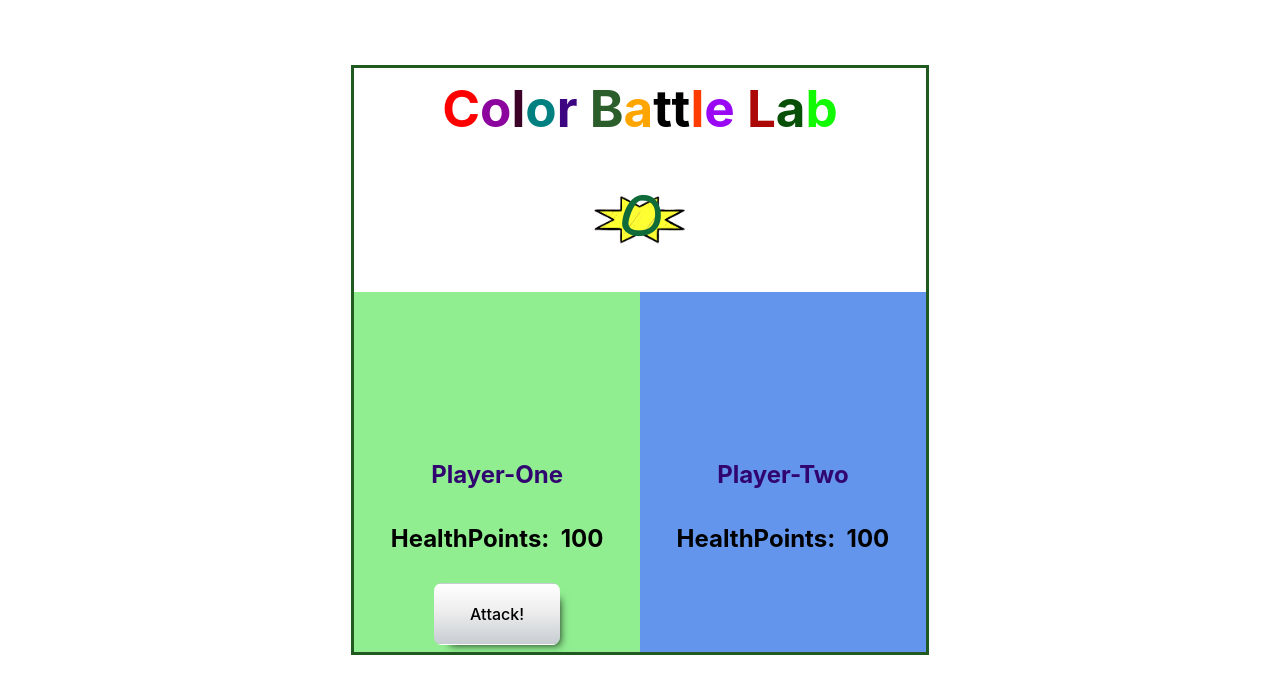
Repository: RAWdevX21/color-battle_lab-build
Page: /
The author's editor kept a copy of each file at every save. The page is drawn from the files as they stood at one save, then again after the next save.
The browser window is 1280 px wide. The pictures show the whole page.
Some web fonts or font styles are not loaded; a fallback is used. The project was rebuilt for these pictures with package versions that can differ from the ones it lists, and the page was loaded fresh each time. Also part of the build but not shown: vite.config.js.

Above is the page before, as saved 2023-08-17 09:35:24.

### index.html
<!doctype html>
<html lang="en">
  <head>
    <meta charset="UTF-8" />
    <link rel="icon" type="image/svg+xml" href="/vite.svg" />
    <link rel="preconnect" href="https://fonts.googleapis.com">
    <link rel="preconnect" href="https://fonts.gstatic.com" crossorigin>
    <link href="https://fonts.googleapis.com/css2?family=Architects+Daughter&family=Short+Stack&family=Tillana&display=swap" rel="stylesheet">
    <meta name="viewport" content="width=device-width, initial-scale=1.0" />
    <title>Color Battle</title>
  </head>
  <body>
    <div id="root"></div>
    <script type="module" src="/src/main.jsx"></script>
  </body>
</html>

### src/App.jsx
import { useState } from "react";
import GameBanner from "./Components/GameBanner";
import Player from "./Components/PlayerInfo";
import "./App.css";

export default function App() {

  const [player1, setPlayer1] = useState({
    name: "Player-One",
    color: "lightgreen",
    healthpoints: 100,
    turn: true
  });

  const [player2, setPlayer2] = useState({
    name: "Player-Two",
    color: "cornflowerblue",
    healthpoints: 100,
    turn: false
  });

  const [dice, setDice] = useState(0);

  const handleAttack = (attacker, defender, setAttacker, setDefender) => {
    console.log("Attack button pressed");
    const damage = Math.floor(Math.random() * 12) + 1;
    console.log("Calculated damage:", damage);
    setDice(damage);

    setDefender((prevDefender) => ({
      ...prevDefender,
      healthpoints: prevDefender.healthpoints - damage
    }));

    setAttacker((prevAttacker) => ({
      ...prevAttacker,
      turn: false
    }));

    // Switch turns
    if (attacker === player1) {
      setPlayer2((prevPlayer2) => ({
        ...prevPlayer2,
        turn: true
      }));
    } else {
      setPlayer1((prevPlayer1) => ({
        ...prevPlayer1,
        turn: true
      }));
    }

    if (defender.healthpoints - damage <= 0) {
      alert(`${attacker.name} wins!`);
    }
  };

  return (
    <div className="game-board">
      <GameBanner damagePoints={dice} />

      <div className="players-container">
        <div className="player-wrapper">
          <Player
            key={player1.name}
            player={player1}
            onAttack={() =>
              handleAttack(player1, player2, setPlayer1, setPlayer2)
            }
          />
        </div>
        <div className="player-wrapper">
          <Player
            key={player2.name}
            player={player2}
            onAttack={() =>
              handleAttack(player2, player1, setPlayer2, setPlayer1)
            }
          />
        </div>
      </div>
    </div>
  );
}

### src/index.css
:root {
  font-family: Inter, system-ui, Avenir, Helvetica, Arial, sans-serif;
  line-height: 1.5;
  font-weight: 400;

  color-scheme: light dark;
  background-color: #242424;

}

body {
  margin: 0;
  display: flex;
  place-items: center;
  min-width: 320px;
  min-height: 100vh;
}

h1 {
  font-size: 3.2em;
  line-height: 1.1;
}

button {
  border-radius: 8px;
  border: 1px solid transparent;
  padding: 0.6em 1.2em;
  font-size: 1em;
  font-weight: 500;
  font-family: inherit;
  background-color: #1a1a1a;
  cursor: pointer;
  transition: border-color 0.25s;
}
button:hover {
  border-color: #646cff;
}
button:focus,
button:focus-visible {
  outline: 4px auto -webkit-focus-ring-color;
}

@media (prefers-color-scheme: light) {
  :root {
    background-color: #ffffff;
  }

  button {
    background-color: #ffffff;
  }
}

### src/Components/GameBanner.jsx
import './GameBanner.css';
import Die from "./Die";

const GameBanner = ({ damagePoints }) => {
    return (
      <div className="banner">
        <h1>
          <span className="banner--c">C</span>
          <span className="banner--o">o</span>
          <span className="banner--l">l</span>
          <span className="banner--o2">o</span>
          <span className="banner--r">r</span>
          &nbsp;
          <span className="banner--b">B</span>
          <span className="banner--a">a</span>
          <span className="banner--t">t</span>
          <span className="banner--t">t</span>
          <span className="banner--l2">l</span>
          <span className="banner--e">e</span>
          &nbsp;
          <span className="banner--l3">L</span>
          <span className="banner--a2">a</span>
          <span className="banner--b2">b</span>
        </h1>
        <div className="damage-points">
          <Die value={damagePoints} />
        </div>
      </div>
    );
}

export default GameBanner;

### src/Components/PlayerInfo.jsx
import "./PlayerInfo.css";

const Player = ({ player, onAttack }) => {

  console.log(`${player.name}'s HealthPoints:`, player.healthpoints);

  return (
    <div className="player" style={{ backgroundColor: player.color }}>
      <h2>{player.name}</h2>
      <p
        className="hp"
        style={{ fontSize: "1.5rem", fontWeight: "bold", color: "black" }}>
        HealthPoints: &nbsp;{player.healthpoints}
      </p>
      {player.turn && (
        <button className="attack-button" onClick={onAttack}>
          Attack!
        </button>
      )}
    </div>
  );
};

export default Player;

### src/App.css
#root {
  margin: 0 auto;
  text-align: center;
  border: 3px solid rgba(3, 69, 3, 0.884);
}

h2 {
  color: rgb(49, 5, 112);
}

.players-container {
  display: flex;
  align-items: stretch;
}

.player-wrapper {
  flex: 1;
  height: 50vh;
  min-height: 50vh;
  box-sizing: border-box;
  overflow: hidden;
}

### src/Components/GameBanner.css
.banner {
    text-align: center;
    padding: 1em 5.5rem;
    background-color: #ffffff;
    color: black;
}

.damage-points {
    margin-top: 10px;
    font-size: 6rem;
}

h1 {
    margin-top: -0.25rem;
}

.banner h1 span.banner--c { color: red; }
.banner h1 span.banner--o { color: rgb(140, 4, 158); }
.banner h1 span.banner--l { color: rgb(60, 1, 38); }
.banner h1 span.banner--o2 { color: teal; }
.banner h1 span.banner--r { color: rgb(62, 5, 131); }
.banner h1 span.banner--b { color: rgb(43, 94, 43); }
.banner h1 span.banner--a { color: orange; }
.banner h1 span.banner--t { color: black; }
.banner h1 span.banner--l2 { color: rgb(255, 60, 0); }
.banner h1 span.banner--e { color: rgb(153, 7, 245); }
.banner h1 span.banner--l3 { color: rgb(172, 8, 8); }
.banner h1 span.banner--a2 { color: rgb(8, 80, 8); }
.banner h1 span.banner--b2 { color: rgb(17, 250, 1); }

### src/Components/Die.jsx
import "./Die.css";

const Die = ({ value }) => {
  return <div className="die-container">{value}</div>;
};

export default Die;

### src/Components/PlayerInfo.css
div.player {
    height: 30rem;
    padding-top: 50%;
    line-height: 2.5rem;
}

.player {
    padding: 20px;
    box-sizing: border-box;
    background-color: #f5f5f5;
}

.attack-button {
    padding: 20px 35px;
    background-color: rgb(242, 229, 229);
    color: black;
    background: #FFFFFF;
    background: -moz-linear-gradient(top, #FFFFFF 0%, #EEEEEE 44%, #C7CDD2 100%);
    background: -webkit-linear-gradient(top, #FFFFFF 0%, #EEEEEE 44%, #C7CDD2 100%);
    background: linear-gradient(to bottom, #FFFFFF 0%, #EEEEEE 44%, #C7CDD2 100%);
    -webkit-box-shadow: 8px 8px 8px -8px rgba(0,0,0,0.85);
    box-shadow: 8px 8px 8px -8px rgba(0,0,0,0.85);
    cursor: pointer;
}

### src/Components/Die.css
.die-container {
    font-family: 'Short Stack', 'Architects Daughter', 'Tillana', cursive;
    color: rgb(16, 107, 59);
    display: flex;
    align-items: center;
    justify-content: center;
    font-size: 4rem;
    font-weight: bold;
    margin: 10px auto;
    background-image: url('../assets/pow.png');
    background-size: 100px 100px;
    background-position: center;
    background-repeat: no-repeat
}

Loaded but not shown: src/main.jsx (common file)

After the next save:
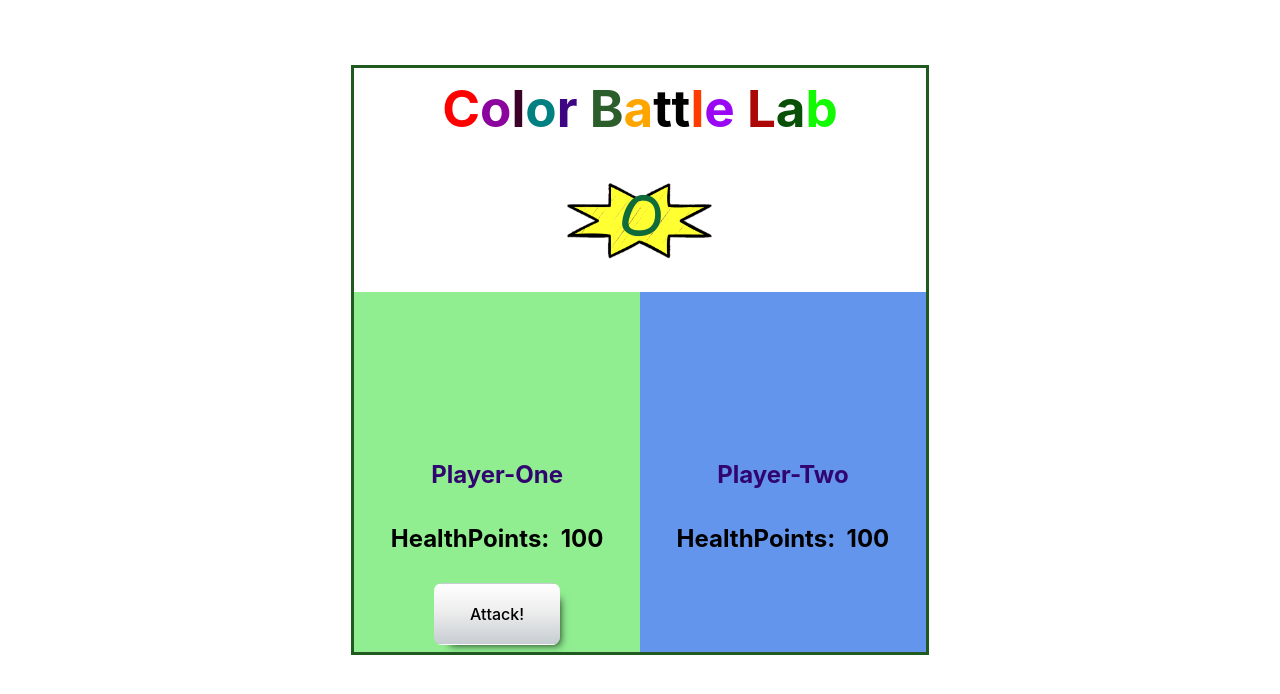
Saved 16 s later.
--- a/src/Components/Die.css
+++ b/src/Components/Die.css
@@ -8,7 +8,7 @@
     font-weight: bold;
     margin: 10px auto;
     background-image: url('../assets/pow.png');
-    background-size: 100px 100px;
+    background-size: 10rem 10rem;
     background-position: center;
     background-repeat: no-repeat
 }
